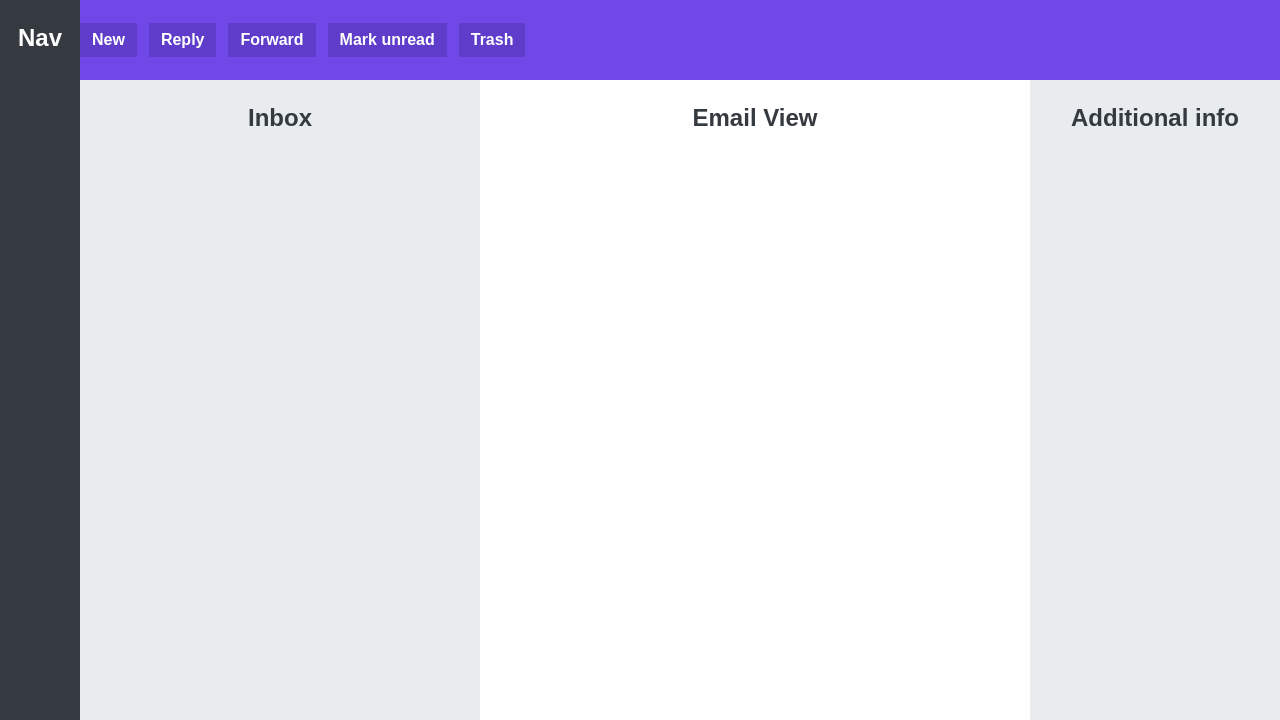
Repository: sunny070/CSS
Page: HTML and CSS some of the important components/06_app-layout.html
An editor plug-in stored every save of this project. The page is shown before and after a run of saves, followed by the edit.
The browser window is 1280 px wide. The pictures show the whole page.

Above is the page before, as saved 2023-11-17 14:00:48.

### HTML and CSS some of the important components/06_app-layout.html
<!DOCTYPE html>
<html lang="en">
<head>
    <meta charset="UTF-8">
    <meta name="viewport" content="width=device-width, initial-scale=1.0">
    <title>App Layout</title>
    <style>
        *{
            margin: 0;
            padding: 0;
            box-sizing: border-box;
        }
        body{
            font-family: sans-serif;
            color:#343a40;
            font-size: 24px;
            height: 100vh;
            text-align: center;
            font-weight:bold;
            display: grid;
            grid-template-columns: 80px 400px 1fr 250px;
            grid-template-rows: 80px 1fr;
        }
        nav,section,main,aside{
            padding-top:24px
        }
        nav{
            background-color:#343a40 ;
            color:#fff;
            grid-row: 1/-1;
        }
        menu{
            background-color:#7048e8;
            grid-column: 2/-1;
            display: flex;
            align-items: center;
            gap: 12px;
        }
        button{
            display: inline-block;
            font-size: 16px;
            font-weight: bold;
            background-color:#5f3dca;
            border: none;
            cursor: pointer;
            color:#fff ;
            padding: 8px 12px;
        }
        section{
            background-color:#e9ecef;
        }
        aside{
            background-color:#e9ecef;
        }
    </style>
</head>
<body>
    <nav>Nav</nav>
    <menu>
        <button>New</button>
        <button>Reply</button>
        <button>Forward</button>
        <button>Mark unread</button>
        <button>Trash</button>
    </menu>
    <section>Inbox</section>
    <main>Email View</main>
    <aside>Additional info</aside>
</body>
</html>

After the next 2 saves:
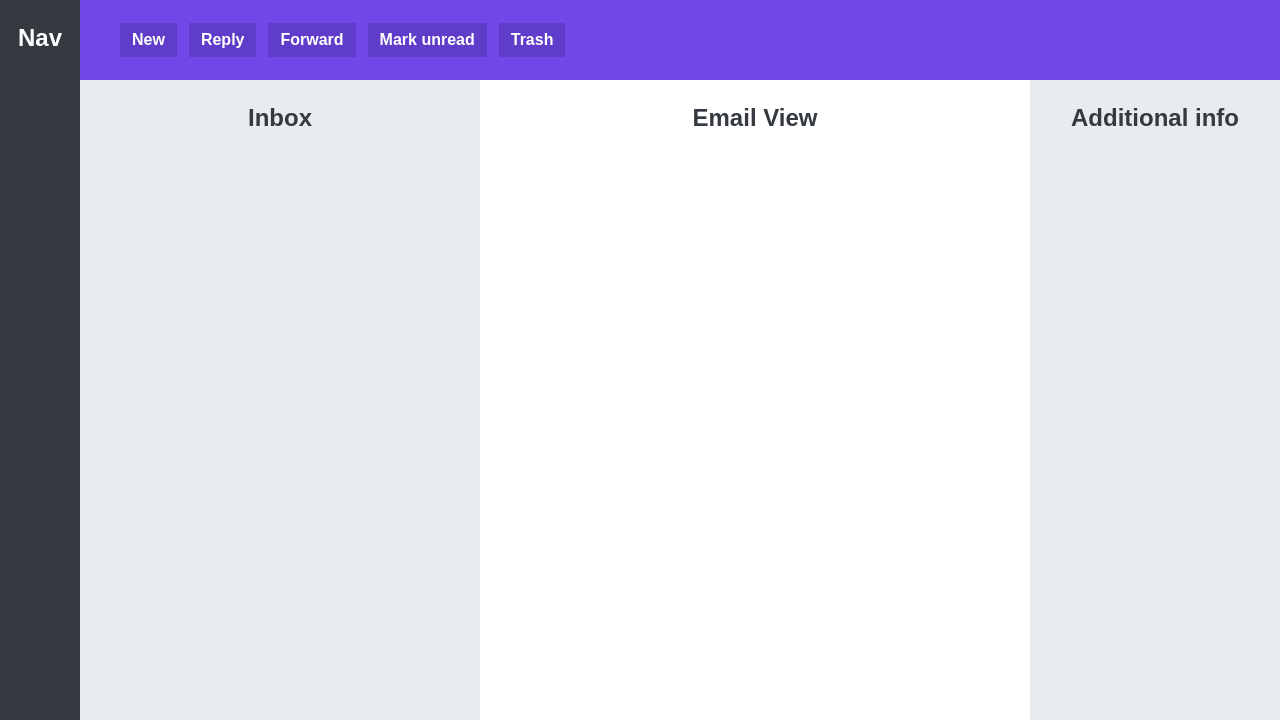
The 2 saves are shown as one change because they came seconds apart.
The last was saved 7 s later.
--- a/HTML and CSS some of the important components/06_app-layout.html
+++ b/HTML and CSS some of the important components/06_app-layout.html
@@ -35,6 +35,7 @@
             display: flex;
             align-items: center;
             gap: 12px;
+            padding: 0 40px;
         }
         button{
             display: inline-block;
